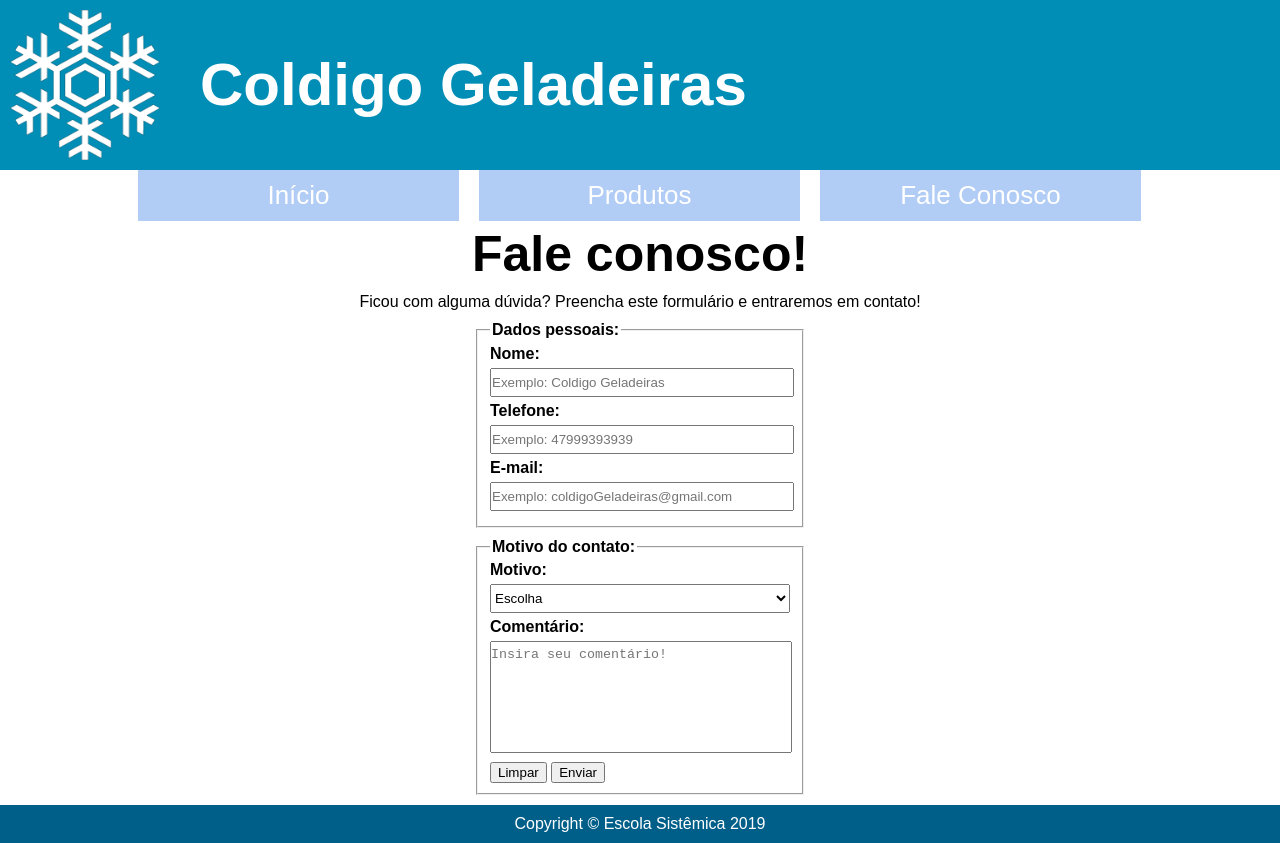
Repository: viniJulio/Coldigo
Page: ProjetoTrilhaWeb/WebContent/pages/site/faleconosco.html
An editor plug-in stored every save of this project. The page is shown before and after the next save, followed by the edit.
The browser window is 1280 px wide. The pictures show the whole page.

Above is the page before, as saved 2023-03-08 00:37:30.

After the next save:
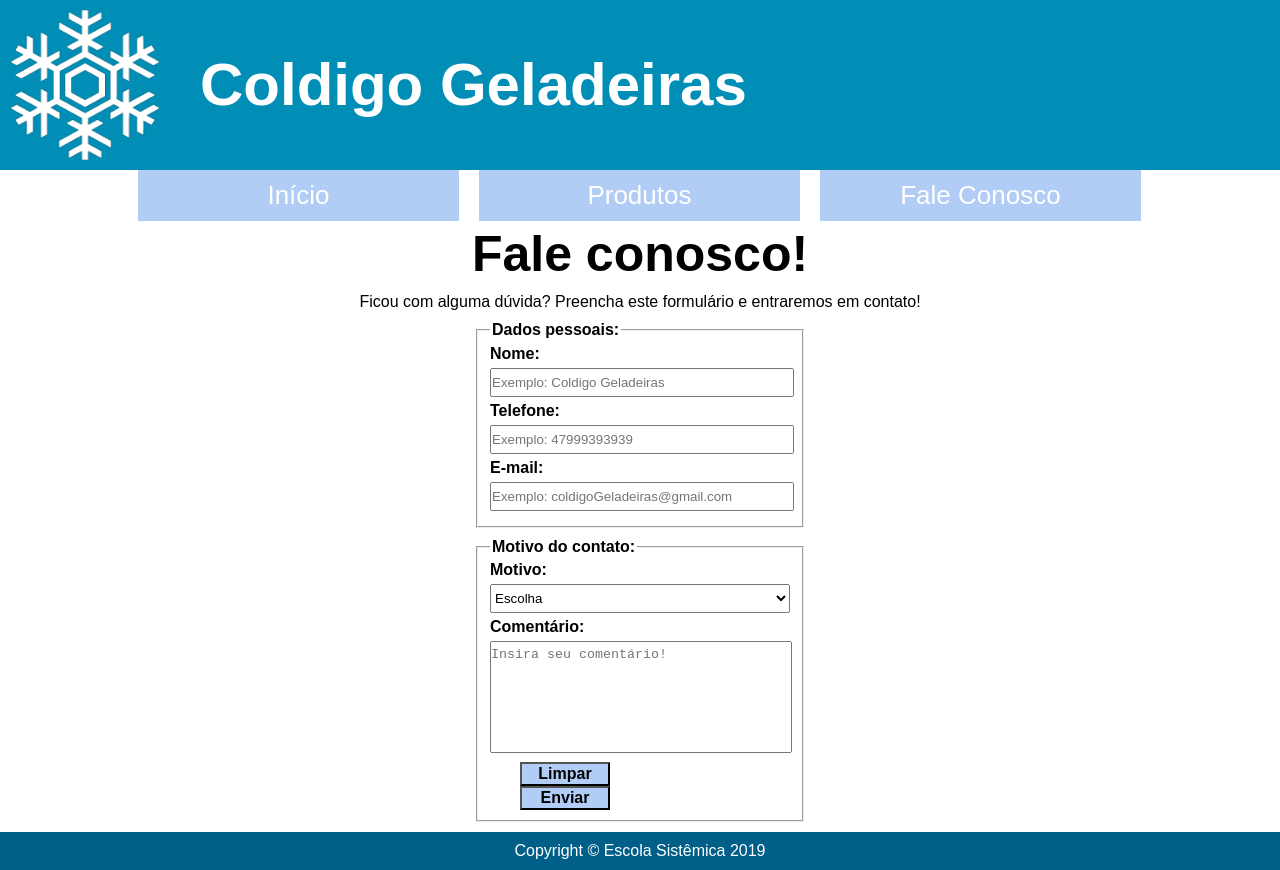
Saved 145 days later.
--- a/ProjetoTrilhaWeb/WebContent/css/site.css
+++ b/ProjetoTrilhaWeb/WebContent/css/site.css
@@ -1,4 +1,7 @@
 @charset "UTF-8";
+/*# = ID*/
+/*. = CLASS*/
+
 
 /*Configuração geral do corpo da página*/
 body {
@@ -6,198 +9,148 @@ body {
 	padding:0;
 	font-family: "Century Gothic", sans-serif;
 }
-
-/**********************
-configurações gerais
-***********************/
-
-/*cabeçalho*/
-header {
+/* Cabeçalho*/
+header{
 	height: 170px;
 	background-color: #008eb6;
 }
-
-header img {
+header img{
 	float: left;
 	height: 150px;
 	width: 150px;
 	margin: 10px;
 }
-
-header h1 {
+header h1{
 	float: left;
-	margin: 50px 0 0 30px;
+    margin: 50px 0 0 30px;
 	font-size: 60px;
 	color: #ffffff;
 }
-
-/*menu*/
-nav {
+/* Menu */
+nav{
 	clear: both;
 	width: 80%;
 	margin: 0px auto;
 	height: 55px;
 }
-
-nav a {
+nav a{
 	color: white;
 	text-decoration: none;
 	text-align: center;
 }
-
-nav .opcao {
-	float: left;
+nav .opcao{
+	float:left;
 	width: 31.3%;
 	background-color: #b1ccf5;
 	padding: 10px 0;
 	margin: 0 1%;
 	font-size: 26px;
 }
-
-nav .opcao:hover {
+nav .opcao:hover{
 	background-color: #83afd3;
 }
-
-/*Área geral para conteúdos específicos de cada pág*/
-section {
-	clear: both;
-	min-height: 400px;
-	width: 100%;
-	margin-top: 0px;
-
+/* Área geral para conteúdos específicos de cada página */
+section{
+clear: both;
+min-height: 500px;
+width: 100%;
+margin-top: 0px;
 }
 
-/*Rodapé*/
+/* Rodapé */
 footer{
 	background-color: #005f89;
-	color:#fff;
+	color: #ffffff;
 	text-align: center;
-	padding:10px;
+	padding: 10px;
 }
-
-/***********
-Página inicial
-************/
-
 section #topo{
 	width: 900px;
 	margin: 0px auto;
 	height: 250px;
 }
-
 .geladeira{
 	height: 250px;
 	width: 125px;
 }
 .direita{
-	float:right;
+	float: right;
 }
 .esquerda{
-	float:left;
+	float: left;
 }
-
 section #titulos{
 	float: left;
 	height: 250px;
 	width: 650px;
 	margin: 0px auto;
 }
-
 h2{
 	text-align: center;
 	margin-top: 0px;
 	margin-bottom: 10px;
 	font-size: 50px;
 }
-
 h3{
 	text-align: center;
 	margin-top: 50px;
 	font-size: 20px;
 }
-
 section p{
 	clear: both;
 	text-align: center;
 	margin: 10px 80px;
-
 }
-
-/*************
-Página Produtos
-************/
+/***************************
+Configuração pagina produtos
+***************************/
 .tabelaProdutos{
 	margin: 10px auto;
 	text-align: center;
 }
-
 .tituloTabela{
 	text-align: center;
 	font-size: 30px;
 	font-weight: bold;
-	color:#fff;
-	padding:5px;
-	border:transparent;
+	color: #fff;
+	padding: 5px;
+	border: transparent;
 }
 tr,td,th{
 	border: 1px solid #B0C4DE;
 	padding: 5px;
 }
-
 tr,td{
 	font-size: 14px;
-
 }
-
-tr:nth-child(even) {
+tr:nth-child(even){
 	background-color: #b1ccf5;
-
 }
-tr:nth-child(odd) {
+tr:nth-child(odd){
 	background-color: #83afd3;
 }
-
-.tabelaSecundaria{
-	margin:10px auto;
-	text-align: center;
-}
-
-.tituloSecundario{
-	text-align: center;
-	font-size: 30px;
-	font-weight: bold;
-	color:#fff;
-	padding:5px;
-	border:transparent;
-}
-
-/************
-Página faleConosco
-*************/
-
+/*******************************
+Configuração pagina Fale conosco
+*******************************/
 .faleConosco{
 	width: 300px;
-	margin:0px auto;
+	margin: 0px auto;
 	font-weight: bold;
 	margin-bottom: 10px;
 }
-
 .faleConosco input, .faleConosco textarea, .faleConosco select{
 	margin: 5px auto;
 	width: 100%;
 	padding: 5px 0;
 }
-
 .faleConosco textarea{
 	height: 100px;
-	resize:none;
-width: 100%;
+	resize: none;
 }
-.faleConosco buttom{
-	width:30%;
+.faleConosco button{
+	width: 30%;
 	margin: 0 10%;
 	background-color: #b1ccf5;
 	font-weight: bold;
 	font-size: 16px;
-
 }
